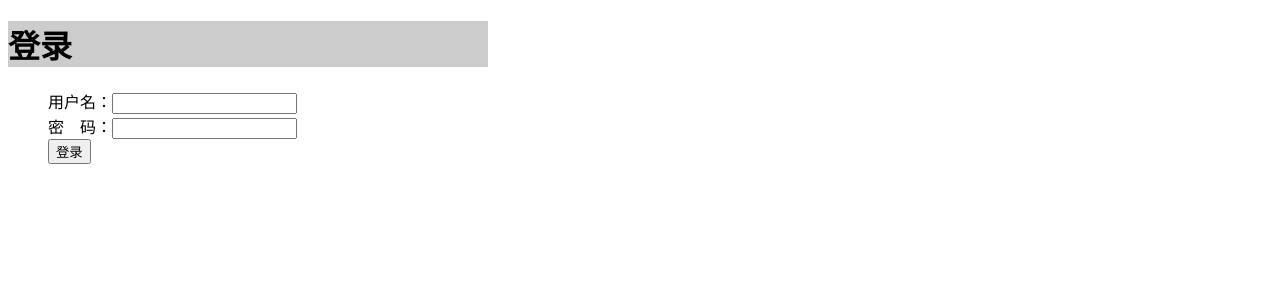
Repository: jiangrongbo/mybatis-blog
Page: http://localhost/exam3/
The author's editor kept a copy of each file at every save. The page is drawn from the files as they stood at one save, then again after the next save.
The browser window is 1280 px wide. The pictures show the whole page.
The page is served by Tomcat 9. Other server files are loaded and not shown.

Above is the page before, as saved 2015-06-28 13:15:34.

### exam3/WebContent/index.jsp
<%@ page language="java" contentType="text/html; utf-8"  pageEncoding="utf-8"%>
<!DOCTYPE html PUBLIC "-//W3C//DTD HTML 4.01 Transitional//EN" "http://www.w3.org/TR/html4/loose.dtd">
<html>
<head>
<meta http-equiv="Content-Type" content="text/html; utf-8">
<title>登录页面</title>
<style>
#login
{
width:480px;
height:300px;
}
#login h1{
background:#ccc;
}
#login ul{
list-style-type: none;
}
</style>
</head>
<body>
	<div id="login">
		<h1>登录</h1>
		<ul>
			<li>用户名：<input type="text" name="username"></li>
			<li>密　码：<input type="text" name="password"></li>
			<li><input type="submit" value="登录"></li>
		</ul>
	</div>
</body>
</html>

After the next save:
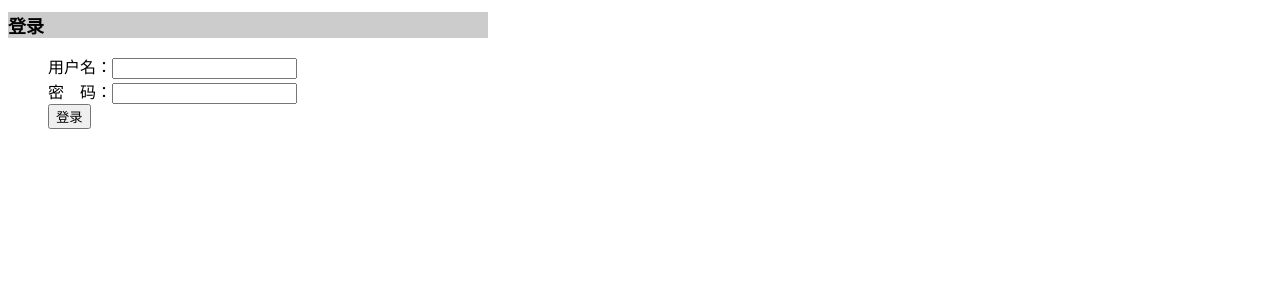
Saved 16 s later.
--- a/exam3/WebContent/index.jsp
+++ b/exam3/WebContent/index.jsp
@@ -12,6 +12,7 @@ height:300px;
 }
 #login h1{
 background:#ccc;
+font-size:18px;
 }
 #login ul{
 list-style-type: none;
